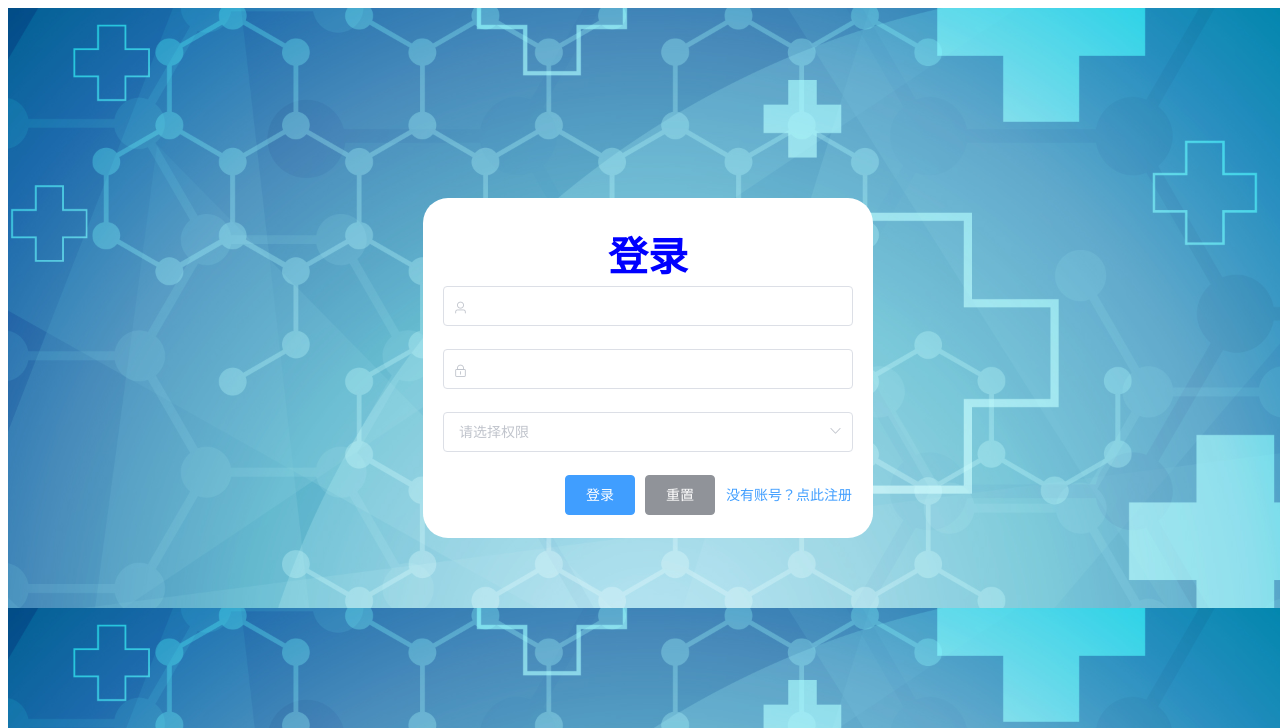
Repository: ShaoCHis/WEB-SOA-frontEnd
Page: /
The author's editor kept a copy of each file at every save. The page is drawn from the files as they stood at one save, then again after the next save.
The browser window is 1280 px wide. The pictures show the whole page.
The project was rebuilt for these pictures with package versions that can differ from the ones it lists, and the page was loaded fresh each time. Also part of the build but not shown: src/components/test.vue, src/components/test2.vue, src/components/Register.vue, src/components/Admin/ManagePage.vue, src/components/Hospital/HMainPage.vue, src/components/Patient/MainPage.vue.

Above is the page before, as saved 2021-11-16 18:26:39.

### src/main.js
import Vue from 'vue'
import App from './App.vue'
import router from './router'
import axios from 'axios'//axios
import './plugins/element.js'
import './assets/icon/iconfont.css'
Vue.config.productionTip = false
Vue.prototype.$axios = axios//axios

new Vue({
  router,
  render: h => h(App),
  template: '<App/>'
}).$mount('#app')



//import ElementUI from 'element-ui' //element-ui的全部组件
//import 'element-ui/lib/theme-chalk/index.css'//element-ui的css
//Vue.use(ElementUI) //使用elementUI

/* eslint-disable no-new */
// new Vue({
//   el: '#app',
//   router,
//   components: { App },
//   template: '<App/>'
// })

### src/App.vue
<template>
  <div id="app">
      <router-view v-if="isRouterAlive" />
  </div>
</template>

<script>


export default {
  name:"app",
  provide(){
		return{
			reload:this.reload
		}
	},
data(){
		return{
			isRouterAlive:true
		}
	},
	methods: {
		reload() {
			this.isRouterAlive=false
			this.$nextTick(function(){
				this.isRouterAlive=true
			})
		}
  }
};
</script>

<style>
html,body,#app{

 height: 100%;

}
</style>

### src/router/index.js
import Vue from 'vue'
import Router from 'vue-router'
// import Login from '@/components/Login'
// import Result from '@/components/Result'
import Login from '../components/Login.vue'
import test from '../components/test.vue'
import test2 from '../components/test2.vue'
import Register from '../components/Register.vue'
import ManagePage from '../components/Admin/ManagePage.vue'
import HMainPage from '../components/Hospital/HMainPage.vue'
import MainPage from '../components/Patient/MainPage.vue'

Vue.use(Router)

export default new Router({
  routes: [
    { path: '/', component: Login},
    { path: '/login', component: Login},
    { path: '/register', component: Register},
    { path: '/managepage', component: ManagePage},
    { path: '/hmainpage', component: HMainPage},
    { path: '/mainpage', component: MainPage},
    { path: '/test', component: test},
    { path: '/test2', component: test2},
  ]
})

### src/plugins/element.js
import Vue from 'vue'
import 'element-ui/lib/theme-chalk/index.css'
import {
  Avatar,
  Pagination,
  Dialog,
  Autocomplete,
  Dropdown,
  DropdownMenu,
  DropdownItem,
  Menu,
  Submenu,
  MenuItem,
  MenuItemGroup,
  Input,
  InputNumber,
  Radio,
  RadioGroup,
  RadioButton,
  Checkbox,
  CheckboxButton,
  CheckboxGroup,
  Switch,
  Select,
  Option,
  OptionGroup,
  Button,
  ButtonGroup,
  Table,
  Divider,
  TableColumn,
  DatePicker,
  TimeSelect,
  TimePicker,
  Popover,
  Tooltip,
  Breadcrumb,
  BreadcrumbItem,
  Form,
  FormItem,
  Tabs,
  TabPane,
  Tag,
  Tree,
  Alert,
  Slider,
  Icon,
  Row,
  Col,
  Upload,
  Progress,
  Spinner,
  Badge,
  Card,
  Rate,
  Steps,
  Step,
  Carousel,
  CarouselItem,
  Collapse,
  CollapseItem,
  Cascader,
  ColorPicker,
  Transfer,
  Container,
  Header,
  Aside,
  Main,
  Footer,
  Timeline,
  TimelineItem,
  Link,
  Image,
  Calendar,
  Backtop,
  PageHeader,
  CascaderPanel,
  Loading,
  MessageBox,
  Message,
  Notification,
  Popconfirm
} from 'element-ui';
Vue.use(Avatar);
Vue.use(Pagination);
Vue.use(Dialog);
Vue.use(Autocomplete);
Vue.use(Dropdown);
Vue.use(DropdownMenu);
Vue.use(DropdownItem);
Vue.use(Menu);
Vue.use(Submenu);
Vue.use(MenuItem);
Vue.use(MenuItemGroup);
Vue.use(Input);
Vue.use(InputNumber);
Vue.use(Radio);
Vue.use(RadioGroup);
Vue.use(RadioButton);
Vue.use(Checkbox);
Vue.use(CheckboxButton);
Vue.use(CheckboxGroup);
Vue.use(Switch);
Vue.use(Select);
Vue.use(Option);
Vue.use(OptionGroup);
Vue.use(Button);
Vue.use(ButtonGroup);
Vue.use(Table);
Vue.use(Divider);
Vue.use(TableColumn);
Vue.use(DatePicker);
Vue.use(TimeSelect);
Vue.use(TimePicker);
Vue.use(Popover);
Vue.use(Popconfirm);
Vue.use(Tooltip);
Vue.use(Breadcrumb);
Vue.use(BreadcrumbItem);
Vue.use(Form);
Vue.use(FormItem);
Vue.use(Tabs);
Vue.use(TabPane);
Vue.use(Tag);
Vue.use(Tree);
Vue.use(Alert);
Vue.use(Slider);
Vue.use(Icon);
Vue.use(Row);
Vue.use(Col);
Vue.use(Upload);
Vue.use(Progress);
Vue.use(Spinner);
Vue.use(Badge);
Vue.use(Card);
Vue.use(Rate);
Vue.use(Steps);
Vue.use(Step);
Vue.use(Carousel);
Vue.use(CarouselItem);
Vue.use(Collapse);
Vue.use(CollapseItem);
Vue.use(Cascader);
Vue.use(ColorPicker);
Vue.use(Transfer);
Vue.use(Container);
Vue.use(Header);
Vue.use(Aside);
Vue.use(Main);
Vue.use(Footer);
Vue.use(Timeline);
Vue.use(TimelineItem);
Vue.use(Link);
Vue.use(Divider);
Vue.use(Image);
Vue.use(Calendar);
Vue.use(Backtop);
Vue.use(PageHeader);
Vue.use(CascaderPanel);

Vue.use(Loading.directive);

Vue.prototype.$loading = Loading.service;
Vue.prototype.$msgbox = MessageBox;
Vue.prototype.$alert = MessageBox.alert;
Vue.prototype.$confirm = MessageBox.confirm;
Vue.prototype.$prompt = MessageBox.prompt;
Vue.prototype.$notify = Notification;
Vue.prototype.$message = Message;

### src/assets/icon/iconfont.css
@font-face {
  font-family: "iconfont"; /* Project id 2933034 */
  src: url('iconfont.woff2?t=1636685974259') format('woff2'),
       url('iconfont.woff?t=1636685974259') format('woff'),
       url('iconfont.ttf?t=1636685974259') format('truetype');
}

.iconfont {
  font-family: "iconfont" !important;
  font-size: 16px;
  font-style: normal;
  -webkit-font-smoothing: antialiased;
  -moz-osx-font-smoothing: grayscale;
}

.icon-xiaozu:before {
  content: "\e69a";
  font-size: 18px;
  margin-right: 3px;
  margin-top:2px;
}

### src/components/Login.vue
<template>
<div>
    <div class="login_container" >
        <div class="login_box">
            <div class="tip">
             <h1>登录</h1>
            </div>
            <!-- 头像区域 -->
            <!-- <div class="avatar_box">
               <img src="../assets/back.jpg" alt="">
            </div> -->
            <!-- 登录表单 -->
            <el-form ref="loginFormRef" :model="loginForm" :rules="loginFormRules" label-width="0px" class="login_form">
                <!-- 用户名 -->
                <el-form-item prop="userid">
                     <el-input v-model="loginForm.userid" prefix-icon="el-icon-user"></el-input>
                </el-form-item>
                <!-- 密码 -->
                <el-form-item prop="password">
                     <el-input v-model="loginForm.password" prefix-icon="el-icon-lock"
                     type="password"></el-input>
                </el-form-item>
                <!-- 身份 -->
                <el-form-item prop="role"  >
                   <el-select v-model="loginForm.role" @change="searchSelect(loginForm.role)" placeholder="请选择权限"  style="width:100%" prefix>
                      <el-option v-for="item in options"
                       :key="item.role"
                       :label="item.label"
                       :value="item.role">
                       </el-option>
                  </el-select>
                </el-form-item>

                <!-- 按钮区域 -->
                <el-form-item class="btns">
                     <el-button type="primary" @click="login">登录</el-button>
                     <el-button type="info" @click="resetLoginForm">重置</el-button>
                     <el-button type="text" @click="register">没有账号？点此注册</el-button>
                </el-form-item>
            </el-form>

        </div>
    </div>
</div>
</template>

<script>
export default {

    data(){
        return{

           loginForm:{
                userid:'',
                password:'',
                role:'',
            },
            options: [
                     {label:"患者", role:'Patient'},
                     {label:"医院" , role:"Hospital"},
                     {label:"管理员", role:"Admin"}
                     ],

            loginFormRules:{
                userid:[{required: true, message: '请输入登录账号', trigger: "blur"},
                { min: 5, max: 10, message: '长度在 5 到 10 个字符', trigger: "blur"}],
                password:[{required: true, message: '请输入登录密码', trigger: "blur"},
                { min: 6, max: 15, message: '长度在 6 到 15 个字符', trigger: "blur"}]
            },

            searchSelect(val){
                console.log(val)
                this.value = val
                console.log(this.loginForm)
            },

        };

  },
  methods:{
      //重置按钮
      resetLoginForm(){
         // console.log(this)
          this.$refs.loginFormRef.resetFields();
      },
      login(){
          //  this.$axios
          // //查询是否有该电话
          // .post("/api/Canteen/checkCustomerandAdd",{
          //     "phone": this.username
          // })
          // .then(response=> {
          //   id = response.data;
          //   console.log(id);
          //   //以用户id登录
          //   this.$alert('登录成功！', '提示', {
          //     	confirmButtonText: '确定'
          //     });
          //     this.$router.push({
          //       path:'/Reservation/CustomPage',
          //       name:'CustomPage'
          //     });
          //     sessionStorage.setItem("userID",id);
          //     sessionStorage.setItem("customPageTitle","欢迎来到和平饭店");
          // })

         if(this.value=="Patient") this.$router.push('/mainpage');
         if(this.value=="Hospital") this.$router.push('/hmainpage');
         if(this.value=="Admin") this.$router.push('/managepage');
      },
      register(){
          this.$router.push('/register');
      },
     },
}


</script>

<style lang="less" scoped>
.tip{
          color: blue;
          font-size: 20px;
          font-weight: bold;
          text-align: center;
          margin-bottom: 30px;
}

.login_container{
    background-color: #5c2c948c;
    background-image:url('../assets/back.jpeg');
    background-size: 100%,100%;
    height: 100%;
    width: 100%;
    position: fixed;
}

.login_box{
    width:450px;
    height:340px;
    background-color: #fff;
    border-radius: 25px;
    position:absolute;
    left:50%;
    top:50%;
    transform: translate(-50%,-50%);
    .avatar_box{
        height:110px;
        width:110px;
        border:1px solid #eee;
        border-radius:50%;
        padding:5px;
        box-shadow:0 0 2px #ddd;
        position: absolute;
        left: 50%;
        transform: translate(-50%,-50%);
        background-color: #fff;
        img{
            width:100%;
            height:100%;
            border-radius: 50%;
            background-color: #eee;
        }
    }
}
.login_form{
    position:absolute;
    bottom:0;
    width: 100%;
    padding:0 20px;
    box-sizing: border-box;

}
.btns{
   display:flex;
   justify-content: flex-end;
}
</style>

Loaded but not shown: public/index.html (common file)

After the next save:
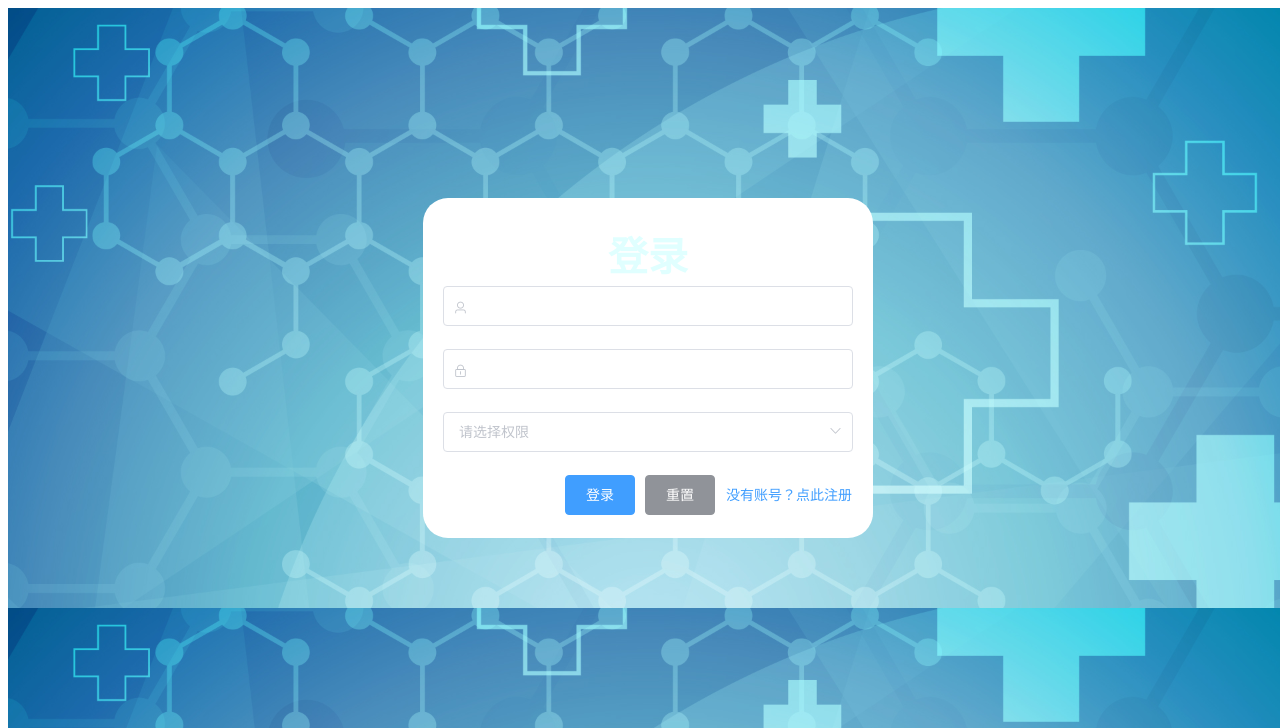
Saved 110 s later.
--- a/src/components/Login.vue
+++ b/src/components/Login.vue
@@ -119,7 +119,7 @@ export default {
 
 <style lang="less" scoped>
 .tip{
-          color: blue;
+          color: lightcyan;
           font-size: 20px;
           font-weight: bold;
           text-align: center;
